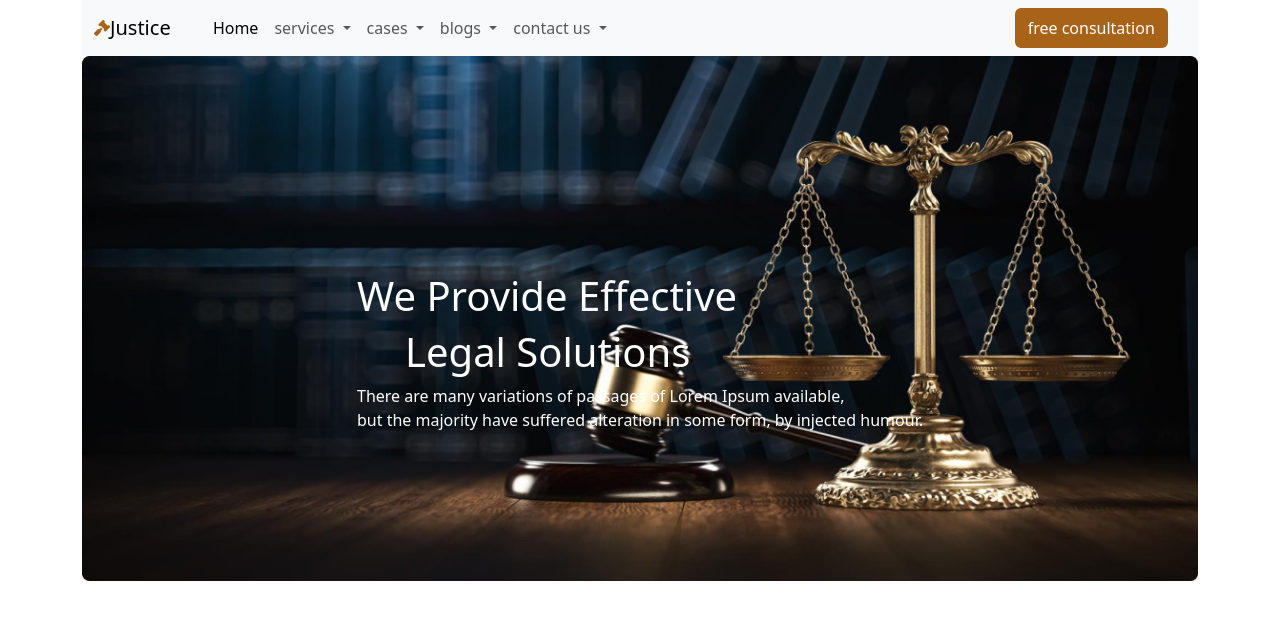
Repository: sadiaafsana138/justice
Page: index.html
These files come from the project's save history. The page is drawn as it stood at one moment and after the next save; the edit follows.
The browser window is 1280 px wide. The pictures show the whole page.
Some web libraries are served in a nearby version.

Above is the page before, as saved 2023-01-25 18:13:27.

### index.html
<!DOCTYPE html>
<html lang="en">

<head>
    <meta charset="UTF-8">
    <meta http-equiv="X-UA-Compatible" content="IE=edge">
    <meta name="viewport" content="width=device-width, initial-scale=1.0">
    <title>
        Justice
    </title>
    <link href="https://cdn.jsdelivr.net/npm/bootstrap@5.3.0-alpha1/dist/css/bootstrap.min.css" rel="stylesheet"
        integrity="sha384-GLhlTQ8iRABdZLl6O3oVMWSktQOp6b7In1Zl3/Jr59b6EGGoI1aFkw7cmDA6j6gD" crossorigin="anonymous">
    <script src="https://kit.fontawesome.com/9557e238b6.js" crossorigin="anonymous"></script>
    <link rel="stylesheet" href="css/Styles.css">
</head>

<body>

    <header class="container-lg">
        <nav class="navbar navbar-expand-lg bg-body-tertiary">
            <div class="container-fluid ">
                <!--JUSTICE ICON-->
                <i class="fa-solid fa-gavel primary-color"></i>
                <!--NAVBAR HEADING-->
                <a class="navbar-brand" href="#">Justice</a>
                <button class="navbar-toggler" type="button" data-bs-toggle="collapse"
                    data-bs-target="#navbarSupportedContent" aria-controls="navbarSupportedContent"
                    aria-expanded="false" aria-label="Toggle navigation">
                    <span class="navbar-toggler-icon"></span>
                </button>
                <!--NAVBAR ITEMS-->
                <div class="collapse navbar-collapse d-flex justify-content-center" id="navbarSupportedContent">
                    <ul class="navbar-nav mb-2 mb-lg-0">
                        <li class="nav-item">
                            <a class="nav-link active" aria-current="page" href="#">Home</a>
                        </li>
                        <li class="nav-item dropdown">
                            <a class="nav-link dropdown-toggle" href="#" role="button" data-bs-toggle="dropdown"
                                aria-expanded="false">
                                services
                            </a>
                            <ul class="dropdown-menu">
                                <li><a class="dropdown-item" href="#">ITEMS</a></li>
                            </ul>
                        </li>
                        <li class="nav-item dropdown">
                            <a class="nav-link dropdown-toggle" href="#" role="button" data-bs-toggle="dropdown"
                                aria-expanded="false">
                                cases
                            </a>
                            <ul class="dropdown-menu">
                                <li><a class="dropdown-item" href="#">ITEMS</a></li>
                            </ul>
                        </li>
                        <li class="nav-item dropdown">
                            <a class="nav-link dropdown-toggle" href="#" role="button" data-bs-toggle="dropdown"
                                aria-expanded="false">
                                blogs
                            </a>
                            <ul class="dropdown-menu">
                                <li><a class="dropdown-item" href="#">ITEMS</a></li>
                            </ul>
                        </li>
                        <li class="nav-item dropdown">
                            <a class="nav-link dropdown-toggle" href="#" role="button" data-bs-toggle="dropdown"
                                aria-expanded="false">
                                contact us
                            </a>
                            <ul class="dropdown-menu">
                                <li><a class="dropdown-item" href="#">ITEMS</a></li>
                            </ul>
                        </li>

                        <!--navbar button-->
                        <button class="btn Btn-primary-color text-primary-color1 navbar-btn collapse navbar-collapse" data-bs-toggle="modal"
                            data-bs-target="#myModal" type="submit">free consultation</button>
                        <!-- Modal -->
                        <div class="modal" id="myModal">
                            <div class="modal-dialog">
                                <div class="modal-content">

                                    <!-- Modal Header -->
                                    <div class="modal-header">
                                        <h4 class="modal-title">Contact us</h4>
                                        <button type="button" class="btn-close" data-bs-dismiss="modal"></button>
                                    </div>

                                    <!-- Modal body -->
                                    <div class="modal-body">
                                        abcd@gmail.com
                                    </div>

                                    <!-- Modal footer -->
                                    <div class="modal-footer">
                                        <button type="button" class="btn btn-danger"
                                            data-bs-dismiss="modal">Done</button>
                                    </div>

                                </div>
                            </div>
                        </div>
                </div>
            </div>
        </nav>
    </header>
    <main class="container-lg">
        <section>
            <div>

                <div class="banner-text text-primary-color1">
                    <h1>We Provide Effective </h1>
                    <H1 class="ps-5">Legal Solutions</H1>
                    <p>There are many variations of passages of Lorem Ipsum available,<br>but the majority have suffered alteration in some form, by injected humour.</p>
                </div>
                <img class="img-fluid" src="images/banner.png" alt="">
            </div>

        </section>

    </main>
    <footer>

    </footer>

    <script src="https://cdn.jsdelivr.net/npm/bootstrap@5.3.0-alpha1/dist/js/bootstrap.bundle.min.js"
        integrity="sha384-w76AqPfDkMBDXo30jS1Sgez6pr3x5MlQ1ZAGC+nuZB+EYdgRZgiwxhTBTkF7CXvN"
        crossorigin="anonymous"></script>

</body>

</html>

### css/Styles.css
.primary-color{
    color: rgb(167, 100, 25);
}
.Btn-primary-color{
    background : rgb(167, 100, 25);;
}
.text-primary-color1{
    color: white;
}
.navbar-btn{
    margin-left: 400px;
}
.banner-text{

        position:absolute;
        top: 50%;
        left: 50%;
        transform: translate(-50%, -50%);

}

After the next save:
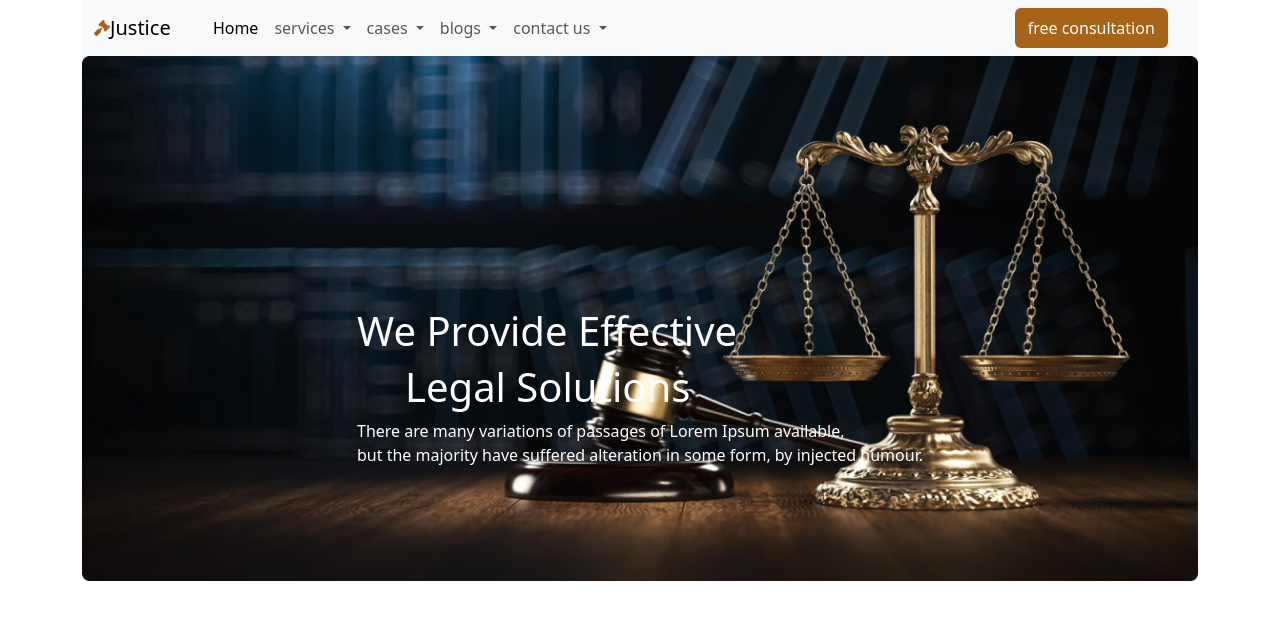
Saved 45 s later.
--- a/css/Styles.css
+++ b/css/Styles.css
@@ -15,6 +15,6 @@
         position:absolute;
         top: 50%;
         left: 50%;
-        transform: translate(-50%, -50%);
+        transform: translate(-50%, -30%);
 
 }
